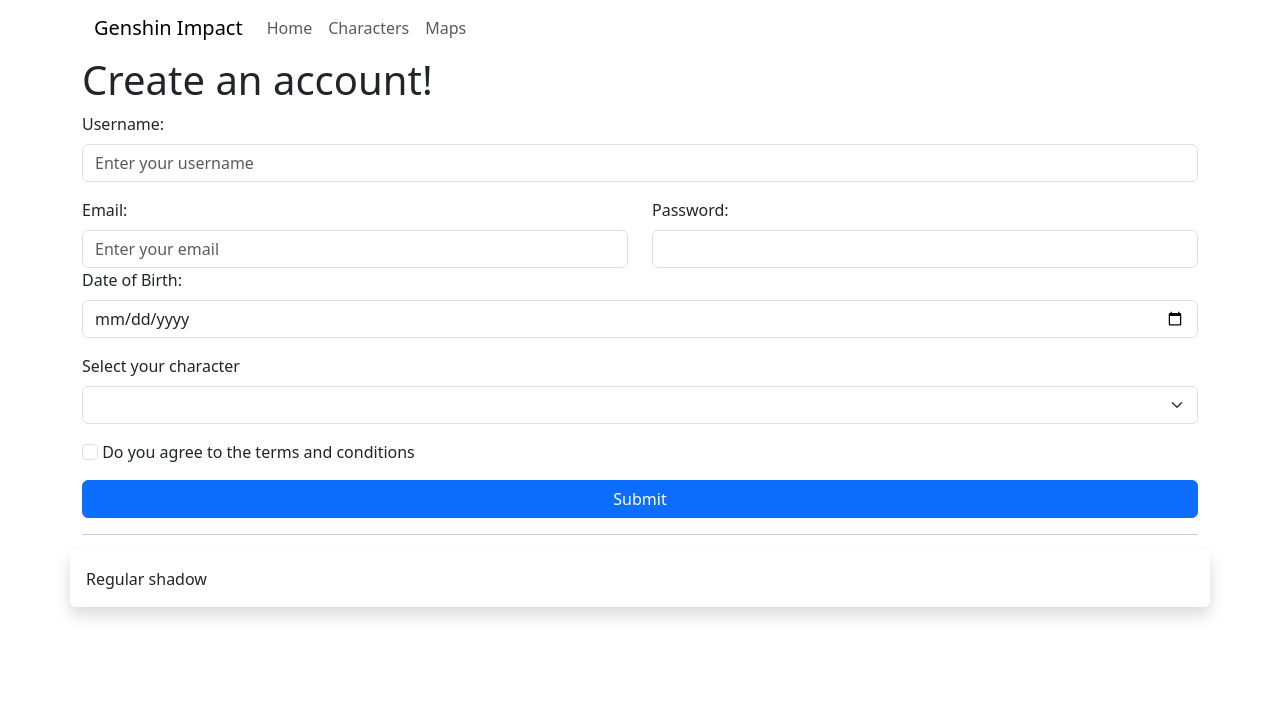
Repository: pendragons-code/BootStrap-Lesson
Page: static/html/genshin_account.html
These files come from the project's save history. The page is drawn as it stood at one moment and after the next save; the edit follows.
The browser window is 1280 px wide. The pictures show the whole page.
The page's requests for data from a server got no answer.

Above is the page before, as saved 2024-07-22 12:57:44.

After the next save:
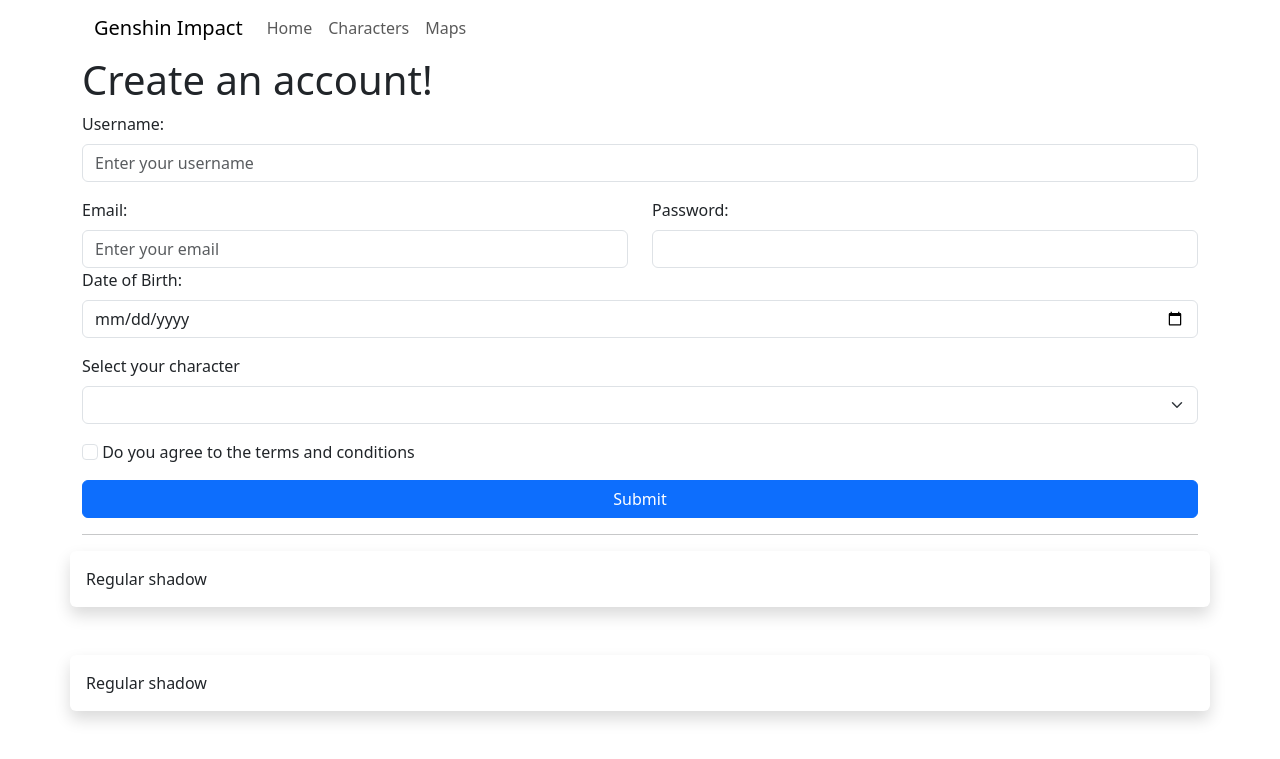
Saved 6 s later.
--- a/static/html/genshin_account.html
+++ b/static/html/genshin_account.html
@@ -106,6 +106,7 @@
 		<hr>
 		<div class="row">
 			<div class="shadow p-3 mb-5 bg-body rounded">Regular shadow</div>
+			<div class="shadow p-3 mb-5 bg-body rounded">Regular shadow</div>
 		</div>
 	</div>
 </body>
